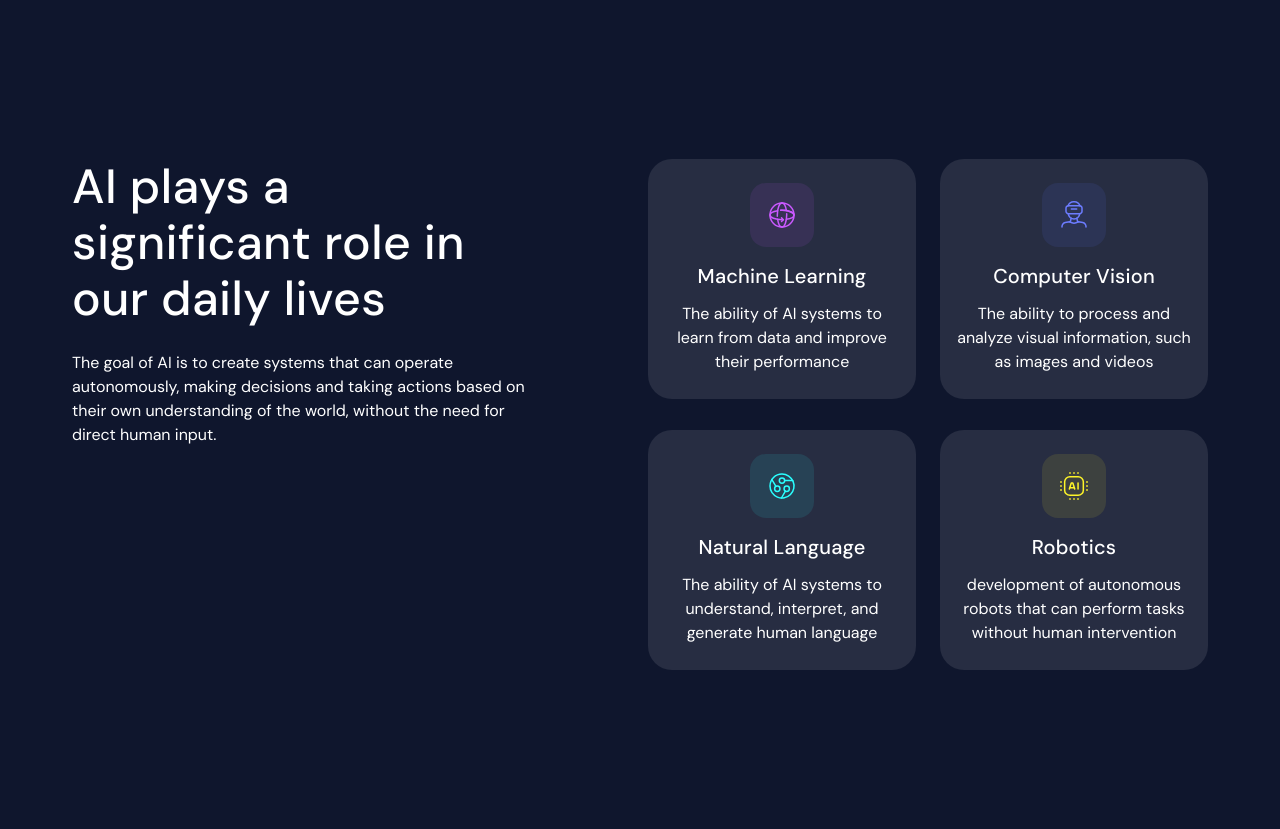
Repository: alphatra/INVO-Academy
Page: / (app in [lvl 1] Sekcja 4 obszarów AI/Starter-code/)
An editor plug-in stored every save of this project. The page is shown before and after the next save, followed by the edit.
The browser window is 1280 px wide. The pictures show the whole page.
The project was rebuilt for these pictures with package versions that can differ from the ones it lists, and the page was loaded fresh each time.

Above is the page before, as saved 2023-03-24 17:45:30.

### [lvl 1] Sekcja 4 obszarów AI/Starter-code/index.html
<!DOCTYPE html>
<html lang="en">

<head>
  <meta charset="UTF-8" />
  <link rel="icon" type="image/svg+xml" href="/vite.svg" />
  <meta name="viewport" content="width=device-width, initial-scale=1.0" />
  <title>INVO Academy JS Starter with Vite</title>
</head>

<body>
  <section class="hero">
    <div class="hero__header">
      <div class="hero__title"><span>AI plays a significant role in our daily lives</span></div>
      <div class="hero__description">
        <span>
          The goal of AI is to create systems that can operate
          autonomously, making decisions and taking actions based on
          their own understanding of the world, without the need for direct human input.
        </span>
      </div>
    </div>
    <div class="hero__categories">
      <div class="hero__category">
        <div class="hero__category-image">
          <img src="/public/images/ML.svg" alt="Machine Learning">
        </div>
        <div class="hero__category-title">
          <span>Machine Learning</span></div>
        <div class="hero__category-description">
          <span>The ability of AI systems to learn from data and improve their performance</span></div>
      </div>
      <div class="hero__category">
        <div class="hero__category-image">
          <img src="/public/images/CV.svg" alt="Computer Vision">
        </div>
        <div class="hero__category-title">
          <span>Computer Vision</span></div>
        <div class="hero__category-description">
          <span>The ability to process and analyze visual information, such as images and videos</span></div>
      </div>
      <div class="hero__category">
        <div class="hero__category-image">
          <img src="/public/images/NL.svg" alt="Natural Language">
        </div>
        <div class="hero__category-title">
          <span>Natural Language</span></div>
        <div class="hero__category-description">
          <span> The ability of AI systems to understand, interpret, and generate human language</span></div>
      </div>
      <div class="hero__category">
        <div class="hero__category-image">
          <img src="/public/images/AI.svg" alt="Robotics">
        </div>
        <div class="hero__category-title">
          <span>Robotics</span></div>
        <div class="hero__category-description">
          <span>development of autonomous robots that can perform tasks without human intervention</span></div>
      </div>
    </div>
  </section>


  <script type="module" src="/src/global-scripts/main.js"></script>
  <script type="module" src="/src/pages/home-page/scripts/home-page.js"></script>
</body>

</html>

### [lvl 1] Sekcja 4 obszarów AI/Starter-code/src/pages/home-page/scripts/home-page.js
/// Homepage JavaScript File
/// Here we import all the JavaScript files we need for our homepage.

import '../styles/home-page.scss'

import { setupCounter } from '../../../global-scripts/scripts/counter/counter.js'

### [lvl 1] Sekcja 4 obszarów AI/Starter-code/src/global-styles/style.scss
/// Main Styles File
/// Here we import all the global Styles files we need for our project.

@import "styles/normalize.scss";
@import "styles/root.scss";
@import "styles/fonts.scss";

body {
  font-family: 'Roboto', sans-serif;
  color: var(--color-primary);
}

p {
  color: var(--color-on-surface);
}

### [lvl 1] Sekcja 4 obszarów AI/Starter-code/src/pages/home-page/styles/home-page.scss
:root{
    --color-background: rgb(15, 22, 45);
    --color-category: rgb(39, 45, 66);
    --text-color: rgb(255, 255, 255);
    --text-sec-color:rgba(255, 255, 255, 0.5);
    --text-header__title-size: 48px;
    --text-header__title-line-height: 56px;
    --text-header__title-letter-spacing: 0.008em;
    --header-margin-bottom: 24px;
    --text-header__description-size: 16px;
    --text-header__description-line-height: 24px;
    --font-family: 'DM Sans', sans-serif;
    --font-weight-main: 500;
    --font-weight-sub: 400;
    --font-style-main: normal;
    --gap: 109px;
    --margin: 159px auto;
    --padding-block: 0 16px;
    --padding-category: 24px 0;
    --category-width: 268px;
    --category-height: 240px;
    --category-title-size: 20px;
    --category-description-size: 16px;
    --catrogry-image-size: 56px;
    --border-radius: 24px;
    --row-gap: 31px;
    --column-gap: 24px;
}

body {
    background-color: var(--color-background);
}

h1,p,span {
    font-family: var(--font-family);
    color: var(--text-color);
    font-style: var(--font-style-main);
}

.hero {
    max-width: 1136px;
    margin: var(--margin);
    padding: var(--padding-block);
    display: flex;
    justify-content: center;
    gap: var(--gap);
    align-items: flex-start;


    &__header {
        display: flex;
        flex-wrap: wrap;
        max-width: 467px;
    }

    &__title {
        margin-block-start: 0;
        font-size: var(--text-header__title-size);
        line-height: var(--text-header__title-line-height);
        font-weight: var(--font-weight-main);
        letter-spacing: var(--text-header__title-letter-spacing);
        margin-bottom: var(--header-margin-bottom);
    }

    &__description {
        font-size: var(--text-header__description-size);
        line-height: var(--text-header__description-line-height);
        font-weight: var(--font-weight-sub);
    }

    &__categories {
        display: grid;
        flex-wrap: wrap;
        grid-template-columns: repeat(2, minmax(45%, 1fr));
        column-gap: var(--column-gap);
        row-gap: var(--row-gap);
        text-align: center;

    }
    &__category {

        padding: var(--padding-category);
        display: flex;
        flex-direction: column;
        gap: 14px;
        box-sizing: border-box;
        width: var(--category-width);
        min-height: var(--category-height);
        background: var(--color-category);
        border-radius: var(--border-radius);
        transition: box-shadow 0.2s ease-in-out;
        align-content: start;

        &-image {

        }

        &-title {
            font-size: var(--category-title-size);
            font-weight: var(--font-weight-main);
            letter-spacing: 0.2px;

        }

        &-description {
            font-size: var(--category-description-size);
            font-weight: var(--font-weight-sub);
            line-height: 24px;
            padding: var(--padding-block);
            color: var(--text-sec-color);
        }
    }
}

@media only screen and (min-width: 768px) and (max-width: 959px){
    .hero{
        max-width: 496px;
        margin:247px auto;
        flex-direction: column;
        gap: 0;
        &__header{
            align-self: center;
            max-width: 496px;
        }
        &__title{
            margin-bottom: 16px;
        }
        &__description{
            margin-bottom: 24px;
        }
        &__categories{
            max-width: 496px;
            align-self: center;
            gap: 16px;
        }
        &__category{
            padding: 20px 0;
            width: 240px;
            min-height: 218px;
            border-radius: 20px;
            &-image > img{
                width: 56px;
                height: 56px;
            }
            &-title{
                font-size: 20px;
            }
            &-description{
                font-size: 14px;
                line-height: 22px;
            }
        }
    }
}

@media only screen and (max-width: 767px){
    .hero{
        max-width: 343px;
        margin: 48px auto;
        flex-direction: column;
        gap: 0;
        &__header{
            align-self: center;
            max-width: 496px;
        }
        &__title{
            font-size: 32px;
            line-height: 40px;
            margin-bottom: 16px;
        }
        &__description{
            font-size: 16px;
            margin-bottom: 24px;
        }
        &__categories{
            max-width: 496px;
            margin-left: 0;
            align-self: center;
            gap: 16px;
            grid-template-columns: repeat(1, 1fr);
        }
        &__category{
            border-radius: 20px;
            padding: 20px 0;
            width: 343px;
            min-height: 196px;
            &-image > img{
                width: 56px;
                height: 56px;
            }
            &-title{
                font-size: 20px;
            }
            &-description{
                font-size: 14px;
                line-height: 22px;
                padding: 0 20px;
            }
        }
    }
}
@media only screen and (max-width: 375px){
    .hero{
        max-width: 100%;
        margin: 48px auto;
;
        &__header{
            max-width: 100%;
        }
        &__title{
            line-height: 32px;

        }
        &__description{

        }
        &__categories{
            max-width: 100%;
            align-self: center;
            gap: 1em;
            grid-template-columns: repeat(1, 1fr);
        }
        &__category{
            border-radius: 20px;
            padding: 12px 0;
            width: 100%;

            &-image > img{
                width: 54px;
                height: 54px;
            }
            &-title{
            }
            &-description{
                line-height: 18px;
                padding: 0 16px;
            }
        }
    }
}

### [lvl 1] Sekcja 4 obszarów AI/Starter-code/src/global-scripts/scripts/counter/counter.js
/// Sample js file for demo purposes
/// Remember to always export your functions
/// so that they can be used in other files

export function setupCounter(element) {
  let counter = 0
  const setCounter = (count) => {
    counter = count
    element.innerHTML = `script test - count is ${counter}`
  }
  element.addEventListener('click', () => setCounter(counter + 1))
  setCounter(0)
}

### [lvl 1] Sekcja 4 obszarów AI/Starter-code/src/global-styles/styles/root.scss
/// Root Styles file
/// Here we define all the root variables we need for our project.
/// For examples see Material Design color system: https://m2.material.io/design/color/the-color-system.html

:root {
    --color-primary: #5721f2;
    --color-on-surface: #000;
}

### [lvl 1] Sekcja 4 obszarów AI/Starter-code/src/global-styles/styles/fonts.scss
/// Main Fonts File
/// Here we import all the fonts files we need for our project.

@import url('https://fonts.googleapis.com/css2?family=Roboto:ital,wght@0,100;0,300;0,400;0,500;0,700;0,900;1,100;1,300;1,400;1,500;1,700;1,900&display=swap');
@import url('https://fonts.googleapis.com/css2?family=DM+Sans:wght@400;500&display=swap');

Loaded but not shown: [lvl 1] Sekcja 4 obszarów AI/Starter-code/src/global-scripts/main.js (common file); [lvl 1] Sekcja 4 obszarów AI/Starter-code/src/global-styles/styles/normalize.scss (common file)

After the next save:
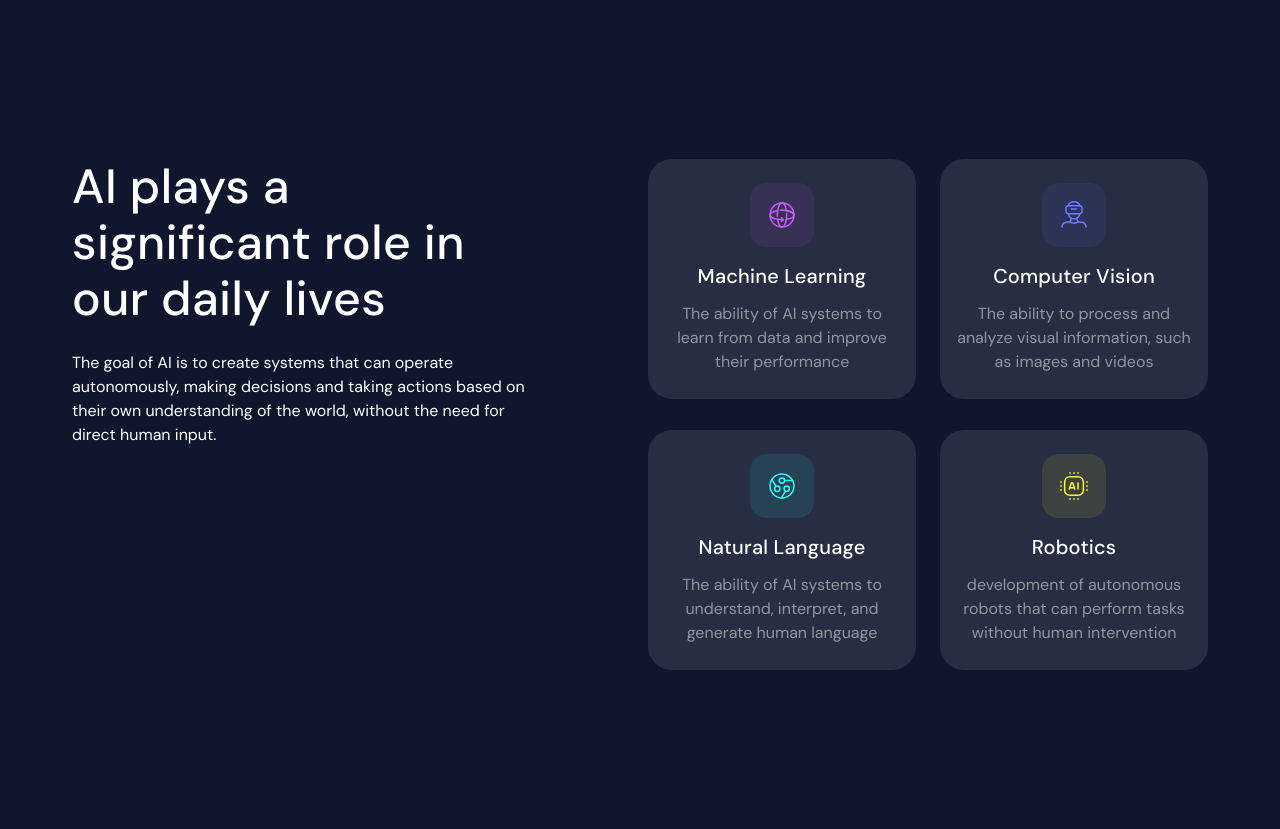
Saved 22 s later.
--- a/[lvl 1] Sekcja 4 obszarów AI/Starter-code/src/pages/home-page/styles/home-page.scss
+++ b/[lvl 1] Sekcja 4 obszarów AI/Starter-code/src/pages/home-page/styles/home-page.scss
@@ -107,6 +107,7 @@ h1,p,span {
             font-weight: var(--font-weight-sub);
             line-height: 24px;
             padding: var(--padding-block);
+            --text-color: var(--text-sec-color);
             color: var(--text-sec-color);
         }
     }
